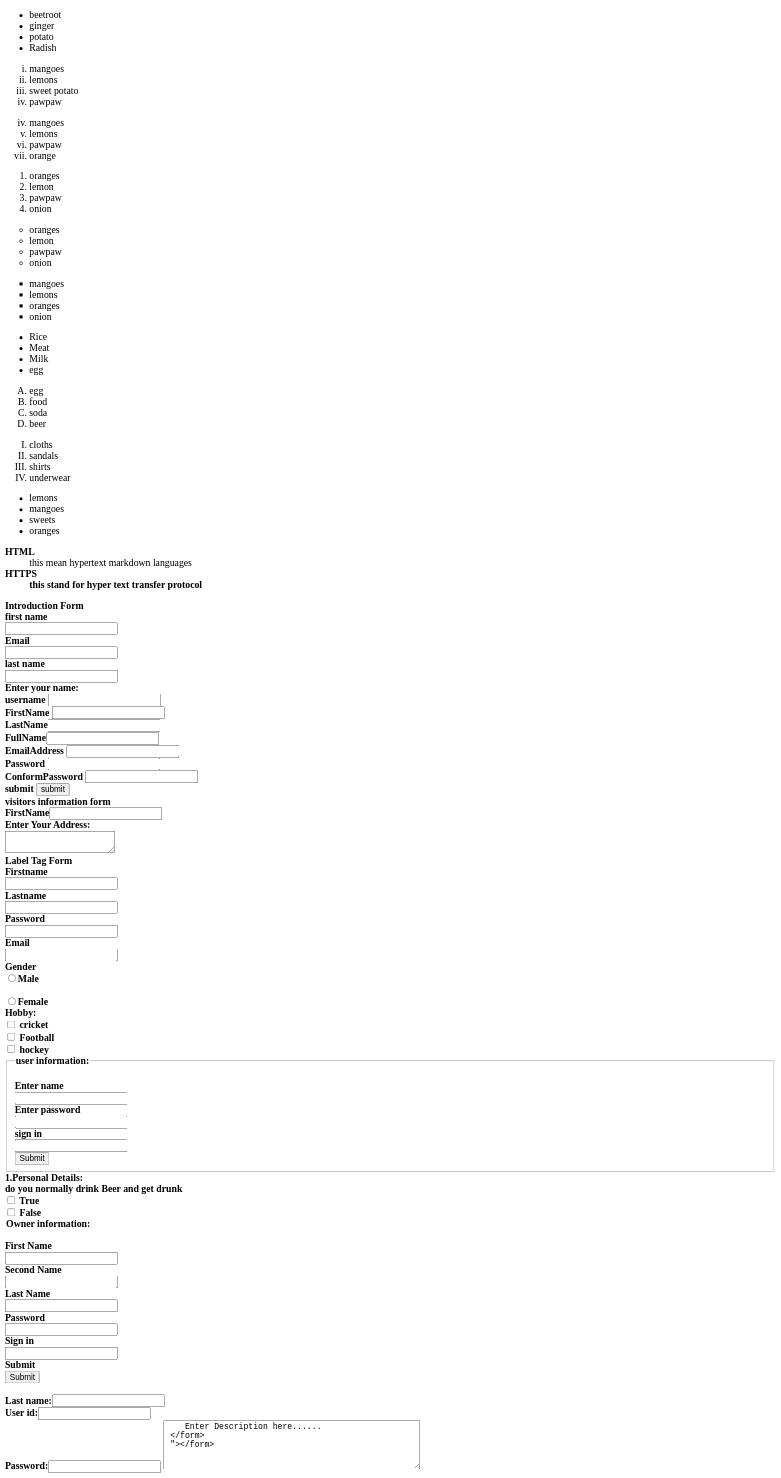
Repository: Okwahi/first--code-lessons
Page: Rinato.html
These files come from the project's save history. The page is drawn as it stood at one moment and after the next save; the edit follows.
The browser window is 1280 px wide. The pictures show the whole page, at 61% of full size.

Above is the page before, as saved 2023-03-27 12:02:23.

### Rinato.html
<!DOCTYPE html>
<html lang="en">
<head>
    <meta charset="UTF-8">
    <meta http-equiv="X-UA-Compatible" content="IE=edge">
    <meta name="viewport" content="width=device-width, initial-scale=1.0">
    <title>Document</title>
    <link rel="stylesheet" href="/Rinato.css">
</head>
<body>
    <ul type="triangle">
        <li>beetroot</li>
        <li>ginger</li>
        <li>potato</li>
        <li>Radish</li>
    </ul>
    <ol type="i">
        <li> mangoes</li>
        <li>lemons</li>
        <li>sweet potato</li>
        <li>pawpaw</li>

    </ol>
    <ol type="i" start="4">
        <li>mangoes</li>
        <li>lemons</li>
        <li>pawpaw</li>
        <li>orange</li>
    </ol>
    <ol type="1">
        <li>oranges</li>
        <li>lemon</li>
        <li>pawpaw</li>
        <li>onion</li>
    </ol>
    <ul type="circle">
        <li>oranges</li>
            <li>lemon</li>
            <li>pawpaw</li>
            <li>onion</li>
    </ul>
    <ul type="square">
        <li>mangoes</li>
        <li>lemons</li>
        <li>oranges</li>
        <li>onion</li>
    </ul>
    <ul type="rectangle">
        <li>Rice</li>
        <li>Meat</li>
        <li>Milk</li>
        <li>egg</li>
    </ul>
    <ol type="A">
        <li>egg</li>
        <li>food</li>
        <li>soda</li>
        <li>beer</li>
    </ol>
    <ol type="I">
        <li>cloths</li>
        <li>sandals</li>
        <li>shirts</li>
        <li>underwear</li>
    </ol>
    <ul type="oval">
        <li>lemons</li>
        <li>mangoes</li>
        <li>sweets</li>
        <li>oranges</li>
    </ul>
    <dl>
        <dt><HTML><b>HTML</b></HTML></dt>
        <dd>this mean hypertext markdown languages</dd>
        <dt><b>HTTPS<b></b></dt>
        <dd> this stand for hyper text transfer protocol</dd>
    </dl>

    <form action=""> Introduction Form <br>
        <label for="first name"> first name</label><br>
        <input type="text" id="first name" name="first name"><br>
        <label for="Email">Email</label><br>
        <input type="Email" id="Email" name="Email"><br>
        <label for="last name">last name</label><br>
        <input type="text" id="last name"><br>
        <form>
            Enter your name: <br>
           username <input type="text" name="username"> <br>
           FirstName <input type="text" name="FirstName"> <br>
            LastName<input type="text" name="LastName"> <br>
            FullName<input type="text" name="FullName"> <br>
          EmailAddress  <input type="Email" name="EmailAddress"> <br>
           Password <input type="Password" name="Password"> <br>
           ConformPassword <input type="Password" name="ConformPassword"> <br>
           submit <button>
            submit
           </button>
           <div>

            <form action="">visitors information form </form> <br>
            FirstName<input type="text" name="FirstName">
           </div>
           <form>
                Enter Your Address: <br>
                <textarea rows="2" cols="20"></textarea>
            </form>
            <form action="">Label Tag Form <br>
                <label for="firstname">Firstname</label> <br>
                <input type="text" id="Firstname" name="firstname"> <br>
                <label for="Lastname">Lastname</label> <br>
                <input type="Lastname" id="Lastname" name="Lastname"> <br>
                <label for="Password">Password</label> <br>
                <input type="password" id="Password" name="Password"> <br>
                <label for="Email">Email</label> <br>
                <input type="Email" id="Email" name="Email"> <br>
                <label for="Gender">Gender</label> <br>
                <input type="radio" id="Gender" name="Gender" value="Male"/>Male <br>
                <label for="Gender"></label> <br>
                <input type="radio" id="Gender" name="Gender" value="Female"/>Female <br>
                <form>
                    Hobby: <br>
                    <input type="checkbox" name="cricket" id="cricket" value="cricket"/>
                    <label for="cricket">cricket</label> <br>
                    <input type="checkbox" name="football" id="Football" value="Football"/>
                    <label for="Football">Football</label> <br>
                    <input type="checkbox" name="hockey" id="hockey" value="hockey"/>
                    <label for="hockey">hockey</label> <br>

                </form>
<fieldset>
    <legend>user information:</legend> <br>
    <label for="name"> Enter name</label> <br>
    <input type="text" id="name" name="name"> <br>
    <label for="password"> Enter password</label> <br>
    <input type="text" id="password" name="password"> <br>
    <label for="sign in"> sign in </label><br>
    <input type="text" id="Sign in" name="sign in"> <br>
    <input type="submit" name="submit" name="submit"> <br>
    </fieldset>

    1.Personal Details: <br>
    do you normally drink Beer and get drunk <br>
    <input type="checkbox" name="True" id="true" value="True"/>
    <label for="true">True</label> <br>
    <input type="checkbox" name="False" id="false" value="False"/>
    <label for="False">False</label> <br>
 </form>
 <legend>Owner information:</legend> <br>
 <label for="name"> First Name</label> <br>
 <input type="text" id="name" name="name"> <br>
 <label for="Second Name">Second Name</label> <br>
 <input type="text" id="name" name="name"> <br>
 <label for="Last Name">Last Name</label> <br>
 <input type="text" id="name" name="name"> <br>
 <label for="Password">Password</label> <br>
 <input type="text" id="Password" password="password"> <br>
 <label for="Sign in">Sign in</label> <br>
 <input type="Sign in" id="sign in" sign in="Sign in"> <br>
 <label for="Submit">Submit</label> <br>
 <input type="Submit" name="Submit" name="Submit"> <br>



 <form action="
 First name: <input type ="text" name ="First_name" /> <br>
 Last name:<input type ="text" name="Last name" /> <br>
 User id:<input type ="text" name="User id" /> <br>
 Password:<input type="Password" name="Password" />

 <form
 Description : <br />
 <textarea rows ="5" cols="50" name = "Description">
    Enter Description here......
 </form>
 "></form>

Loaded but not shown: Rinato.css (common file)

After the next save:
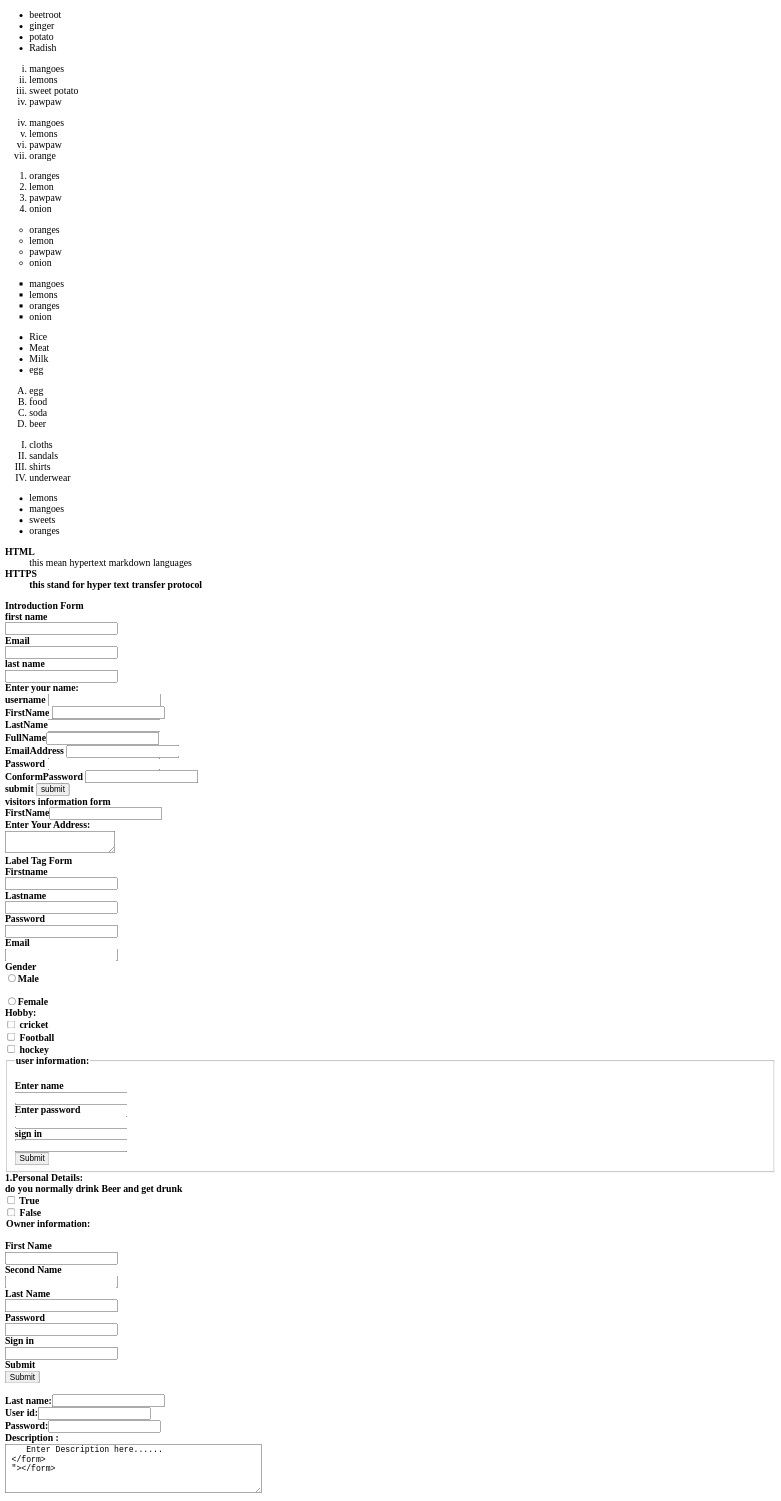
Saved 4 s later.
--- a/Rinato.html
+++ b/Rinato.html
@@ -167,7 +167,7 @@
  User id:<input type ="text" name="User id" /> <br>
  Password:<input type="Password" name="Password" />
 
- <form
+ <form></form>
  Description : <br />
  <textarea rows ="5" cols="50" name = "Description">
     Enter Description here......
